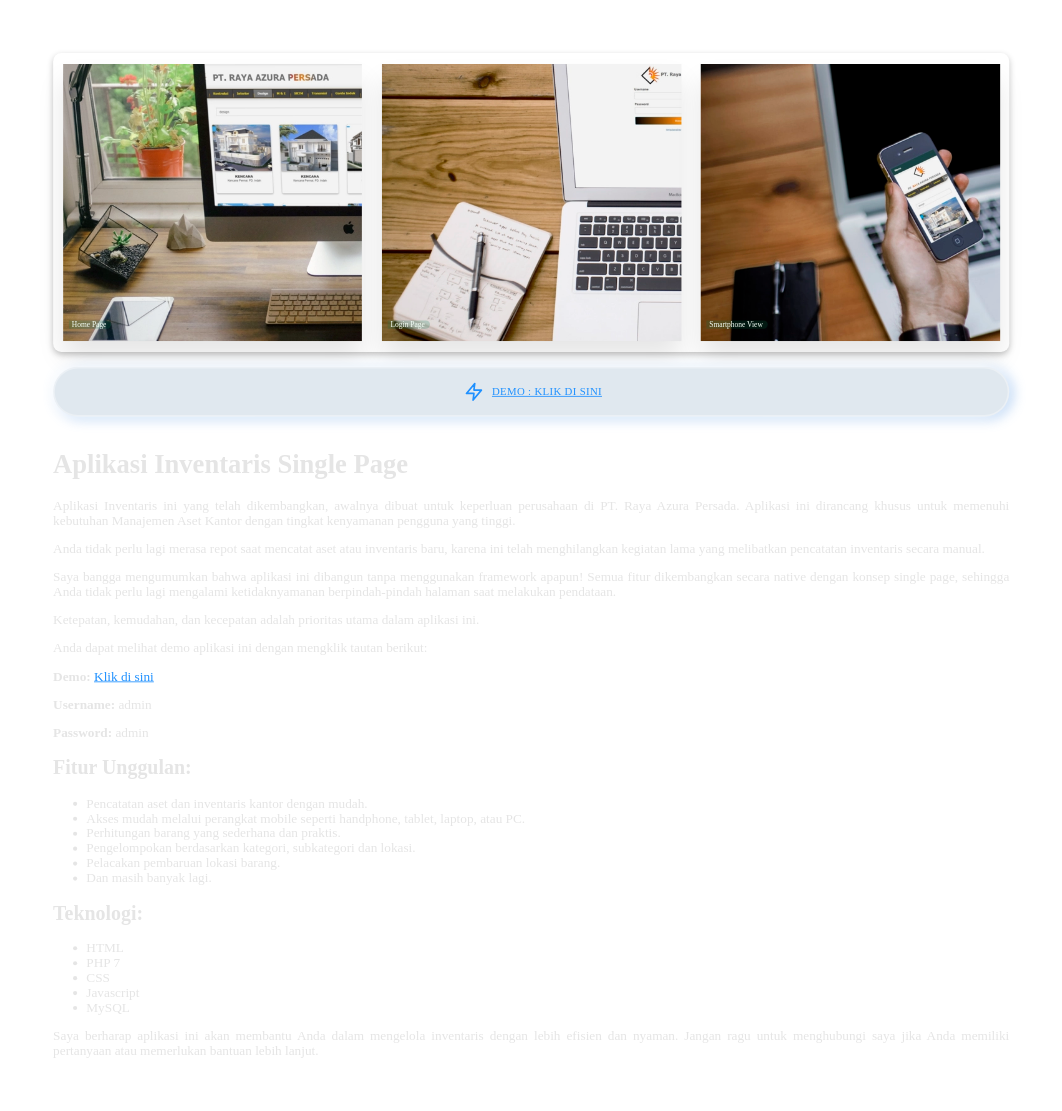
Repository: yusup-maulana/yusup-maulana.github.io
Page: portofolio-inventarisRAP.html
An editor plug-in stored every save of this project. The page is shown before and after the next save, followed by the edit.
The browser window is 1280 px wide. The pictures show the whole page, at 83% of full size.
Some web fonts or font styles are not loaded; a fallback is used.

Above is the page before, as saved 2023-10-07 01:07:53.

### portofolio-inventarisRAP.html
<style type="text/css">
  @import url("https://fonts.googleapis.com/css?family=Baloo+Chettan+2&display=swap");

  .body2::-webkit-scrollbar {
    width: 0.5em;
  }

  .body2::-webkit-scrollbar-track {
    box-shadow: inset 0 0 6px rgb(167 167 167 / 41%);
    background-color: #061e29;
  }

  .body2::-webkit-scrollbar-thumb {
    background-color: #00f1ffab;
  }

  .body2 {
    font-family: "Baloo Chettan 2";
    color: #e5e5e5;
    margin: 2%;
    text-align: justify;
    padding: 3%;
  }

  .body2 a {
    color: dodgerblue;
  }

  /* table wisata ...................*/
  .twisata {
  }

  .twisata tr {
    background: linear-gradient(90deg, #1193a1, transparent);
    color: white;
    font-weight: 900;
    border: 3px solid #ffffff;
  }

  .twisata tr td {
  }

  .twisata tr td span {
    background: #bdffda;
    font-weight: 900;
    padding: 1px 6px;
    border-radius: 5px;
    color: #08102b;
  }

  /* wisata-container ...................*/
  .container-wisata {
    box-shadow: rgb(0 0 0 / 24%) 0px 3px 8px;
    display: flex;
    width: 100%;
    padding: 1% 0%;
    box-sizing: border-box;
    height: 50vh;
    border-radius: 10px;
  }

  .boxwisata {
    flex: 1;
    overflow: hidden;
    transition: 0.5s;
    margin: 1px 1%;
    box-shadow: 0 20px 30px rgba(0, 0, 0, 0.1);
    line-height: 0;
  }

  .boxwisata > img {
    width: 200%;
    height: calc(100% - 10vh);
    object-fit: cover;
    transition: 0.5s;
    height: 100% !important;
  }

  .boxwisata > span {
    position: relative;
    left: 7px;
    font-size: xx-small;
    color: #f5fff7 !important;
    bottom: 20px;
    white-space: nowrap;
    background-color: rgb(1 118 74 / 20%);
    padding: 0 6px 0 4px;
    border-radius: 0 10px 10px 0;
  }

  .boxwisata:hover {
    flex: 1 1 50%;
  }

  .boxwisata:hover > img {
    width: 100%;
    height: 100%;
  }

  .btn-portofolio {
    display: flex;
    align-items: center;
    justify-content: center;
    gap: 10px;
    font-family: inherit;
    font-size: 13px;
    font-weight: 500;
    text-transform: uppercase;
    letter-spacing: 0.4px;
    color: #7e97b8;
    background-color: #e0e8ef;
    border-style: solid;
    border-width: 2px 2px 2px 2px;
    border-color: rgba(255, 255, 255, 0.333);
    border-radius: 40px 40px 40px 40px;
    padding: 16px 24px 16px 28px;
    transform: translate(0px, 0px) rotate(0deg);
    transition: 0.2s;
    box-shadow: -4px -2px 16px 0px #ffffff,
      4px 2px 16px 0px rgb(95 157 231 / 48%);
  }

  .btn-portofolio:hover {
    color: #516d91;
    background-color: #e5edf5;
    box-shadow: -2px -1px 8px 0px #ffffff, 2px 1px 8px 0px rgb(95 157 231 / 48%);
  }

  .btn-portofolio:active {
    box-shadow: none;
  }
</style>
<div class="container-wisata">
  <div class="boxwisata">
    <img alt="Curug Cipalasari" src="IMG/webrap1/webrap1.webp" />
    <span>Home Page</span>
  </div>
  <div class="boxwisata">
    <img alt="Curug Cipalasari" src="IMG/webrap1/webrap2.webp" />
    <span>Login Page</span>
  </div>
  <div class="boxwisata">
    <img alt="Curug Cipalasari" src="IMG/webrap1/webrap3.webp" />
    <span>Smartphone View</span>
  </div>
</div>
<br />

<body class="body2">
  <a
    class="btn-portofolio"
    target="_blank"
    href="https://salamnunggal.000webhostapp.com/"
  >
    <svg
      viewBox="0 0 24 24"
      width="24"
      height="24"
      stroke="currentColor"
      stroke-width="2"
      fill="none"
      stroke-linecap="round"
      stroke-linejoin="round"
      class="css-i6dzq1"
    >
      <polygon points="13 2 3 14 12 14 11 22 21 10 12 10 13 2"></polygon>
    </svg>
    Demo : Klik di sini
  </a>
  <br />
  <h1>Aplikasi Inventaris Single Page</h1>

  <p>
    Aplikasi Inventaris ini yang telah dikembangkan, awalnya dibuat untuk
    keperluan perusahaan di PT. Raya Azura Persada. Aplikasi ini dirancang
    khusus untuk memenuhi kebutuhan Manajemen Aset Kantor dengan tingkat
    kenyamanan pengguna yang tinggi.
  </p>

  <p>
    Anda tidak perlu lagi merasa repot saat mencatat aset atau inventaris baru,
    karena ini telah menghilangkan kegiatan lama yang melibatkan pencatatan
    inventaris secara manual.
  </p>

  <p>
    Saya bangga mengumumkan bahwa aplikasi ini dibangun tanpa menggunakan
    framework apapun! Semua fitur dikembangkan secara native dengan konsep
    single page, sehingga Anda tidak perlu lagi mengalami ketidaknyamanan
    berpindah-pindah halaman saat melakukan pendataan.
  </p>

  <p>
    Ketepatan, kemudahan, dan kecepatan adalah prioritas utama dalam aplikasi
    ini.
  </p>

  <p>Anda dapat melihat demo aplikasi ini dengan mengklik tautan berikut:</p>
  <p><strong>Demo:</strong> <a href="link-demo">Klik di sini</a></p>
  <p><strong>Username:</strong> admin</p>
  <p><strong>Password:</strong> admin</p>

  <h2>Fitur Unggulan:</h2>
  <ul>
    <li>Pencatatan aset dan inventaris kantor dengan mudah.</li>
    <li>
      Akses mudah melalui perangkat mobile seperti handphone, tablet, laptop,
      atau PC.
    </li>
    <li>Perhitungan barang yang sederhana dan praktis.</li>
    <li>Pengelompokan berdasarkan kategori, subkategori dan lokasi.</li>
    <li>Pelacakan pembaruan lokasi barang.</li>
    <li>Dan masih banyak lagi.</li>
  </ul>

  <h2>Teknologi:</h2>
  <ul>
    <li>HTML</li>
    <li>PHP 7</li>
    <li>CSS</li>
    <li>Javascript</li>
    <li>MySQL</li>
  </ul>

  <p>
    Saya berharap aplikasi ini akan membantu Anda dalam mengelola inventaris
    dengan lebih efisien dan nyaman. Jangan ragu untuk menghubungi saya jika
    Anda memiliki pertanyaan atau memerlukan bantuan lebih lanjut.
  </p>
</body>

After the next save:
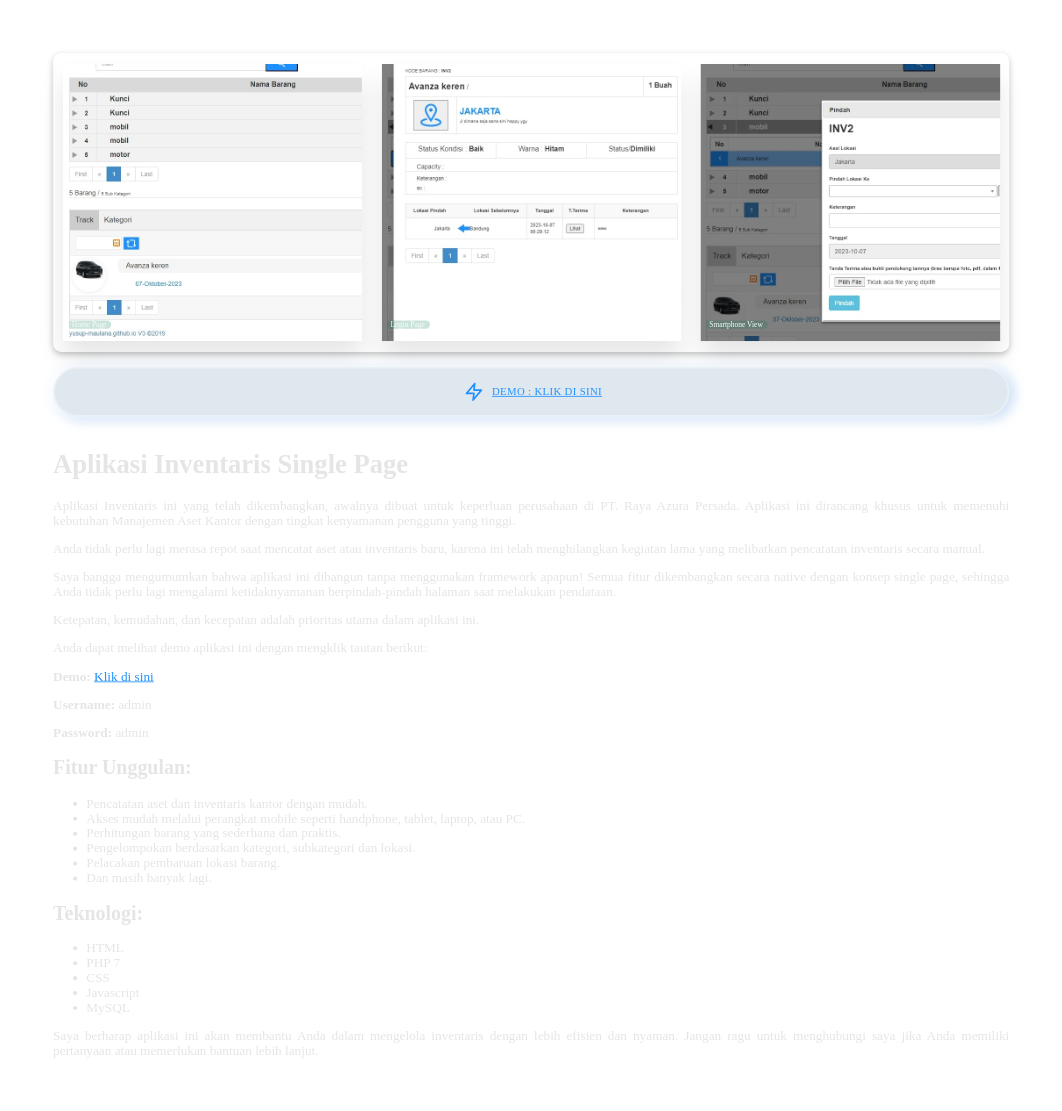
Saved 3 min 58 s later.
--- a/portofolio-inventarisRAP.html
+++ b/portofolio-inventarisRAP.html
@@ -132,15 +132,15 @@
 </style>
 <div class="container-wisata">
   <div class="boxwisata">
-    <img alt="Curug Cipalasari" src="IMG/webrap1/webrap1.webp" />
+    <img alt="Curug Cipalasari" src="IMG/inventarisv3/1.webp" />
     <span>Home Page</span>
   </div>
   <div class="boxwisata">
-    <img alt="Curug Cipalasari" src="IMG/webrap1/webrap2.webp" />
+    <img alt="Curug Cipalasari" src="IMG/inventarisv3/2.webp" />
     <span>Login Page</span>
   </div>
   <div class="boxwisata">
-    <img alt="Curug Cipalasari" src="IMG/webrap1/webrap3.webp" />
+    <img alt="Curug Cipalasari" src="IMG/inventarisv3/3.webp" />
     <span>Smartphone View</span>
   </div>
 </div>
